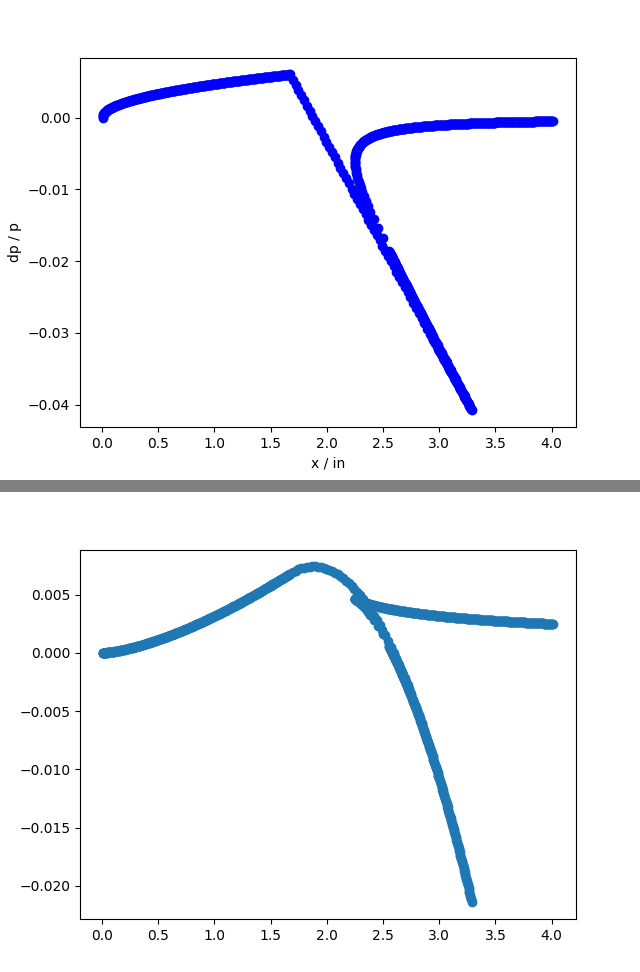
Repository: leiradom/Modified-linear-theory
Script's output: python 3_Shock_correction.py
The author's editor kept a copy of each file at every save. The script's output is drawn from the files as they stood at one save, then again after the next save.
Each picture stacks the figures in order, with grey between them; figures that are only written to a file come last. Random numbers start from a fixed seed.

Above is the script's output before, as saved 2021-04-06 19:02:14.

### 3_Shock_correction.py
'''
激波修正
本程序用于修正激波的非线性扭曲效应，修正方法为HB方法
'''

import math
import numpy as np
import matplotlib.pyplot as plt

pressure = np.loadtxt("pressuremodel2.txt",dtype=np.float64)   #存放未修正的压力信号
a = len(pressure)                                              #未加点时的点数

X = np.ones(a,dtype=np.float64)     #存放x的数组 用于加点用的横坐标数组
Y = np.ones(a,dtype=np.float64)     #存放y的数组 用于加点用的纵坐标数组
b0 = 50                             #每一个 较大的距离之间增加的点数
x0 = np.zeros(b0+1,dtype=np.float64)
y0 = np.zeros(b0+1,dtype=np.float64)

#先将未修正压力信号存入X,Y中
for i in range(0,a):
    c = pressure[i][0]
    d = pressure[i][1]
    #ca = cau[i][1]
    X[i] = c
    Y[i] = d
'''
#没问题
X0 = X
Y0 = Y
'''

#------------1先找出第一个强间断的地方,已经核实，l0没有问题
for i0 in range(0,a-1):
    if(math.sqrt((X[i0+1] - X[i0])**2 + (Y[i0+1] - Y[i0])**2) >1.2):   #1.3
    #if((X[i+1] - X[i]) * (Y[i+1] - Y[i])):
        #px = i0                            #记录此时的i
        #print(px,X[i0])
        l00 = math.sqrt((X[i0+1] - X[i0])**2 + (Y[i0+1] - Y[i0])**2)
        l0 = l00 / 20                     #判断是否要插值的距离 只要大于20倍的最大距离，就要增加点数
        #h0 = ((X[i0+1] - X[i0])/(b0))
        #k0 = ((Y[i0+1] - Y[i0])/(X[i0+1] - X[i0]))  #两点间的斜率
        '''
        #x0[0] = X[i0]
        #y0[0] = Y[i0]
        for j in range(1,b0):
            x0[j] = x0[j-1] + h0
            y0[j] = y0[j-1] + k0 * (x0[j] - x0[j-1])
            print(x0[j],y0[j])
        for k in range(1,b0):
            X = np.insert(X,i0+k,x0[k])
            Y = np.insert(Y,i0+k,y0[k])
        #print(Y[i0]+k0*h0)
        '''
        break
#------------print(l00) #检验是不是，验证了，就是

#print(l00)



#2---------------------给距离较大的地方都进行加点
for i in range(0,a-1):
    li = math.sqrt((X[i+1] - X[i])**2 + (Y[i+1] - Y[i])**2)
    k0 = ((Y[i+1] - Y[i])/(X[i+1] - X[i]))  #两点间的斜率
    #先找到距离较大的点
    if((li >= l0)):
        px = i                       #记录每一个距离较大的地方的i
        h0 = ((X[i+1] - X[i])/(b0))   #每一个都离散成b个点
        #print("px=",px)
        #print("h0=",h0)
        #print("k0=",k0) #第一个k值是对的，第二个k值不是对的
        x0[0] = X[i]
        y0[0] = Y[i]
        for j in range(1,b0):
            x0[j] = x0[j-1] + h0
            y0[j] = y0[j-1] + k0 * (x0[j] - x0[j-1])
        #将增加的点添加到数组内
        for k in range(1,b0):
            X = np.insert(X,i+k,x0[k])
            Y = np.insert(Y,i+k,y0[k])
        a = a + 49


#-------积分部分----------
F = np.ones(a, dtype=np.float64)
F[0] = 0
F[a-1] = 0
s = 0
for i in range(0,a-1):
    #if(X[i+1]>X[i]):
    s0 = 0.5 * (X[i+1] - X[i]) * (Y[i+1] + Y[i])
    #s0 = (((Y0[j+1] + Y0[j]) * (X[j + 1] - X[j])) / (2))    #第(j+1)个梯形的面积
    s = s0 + s    #S为最后的积分
    F[i+1] = s
    print(X[i],Y[i])
    #if(X[i+1]<X[i])
#------积分部分-----------



print("加点前点数：",len(pressure),"加点后点数：",len(X))
#plt.scatter(X0,Y0,c='r')
plt.xlabel("x / in")
plt.ylabel("dp / p")
plt.plot(X,Y,'-o',c='b')
plt.show()
#1.1将补充的点插入原有数组




#积分图像作图
plt.plot(X,F,'-o')
plt.show()

Loaded but not shown: pressuremodel1.txt (700 lines, source omitted); pressuremodel2.txt (699 lines, source omitted)

After the next save:
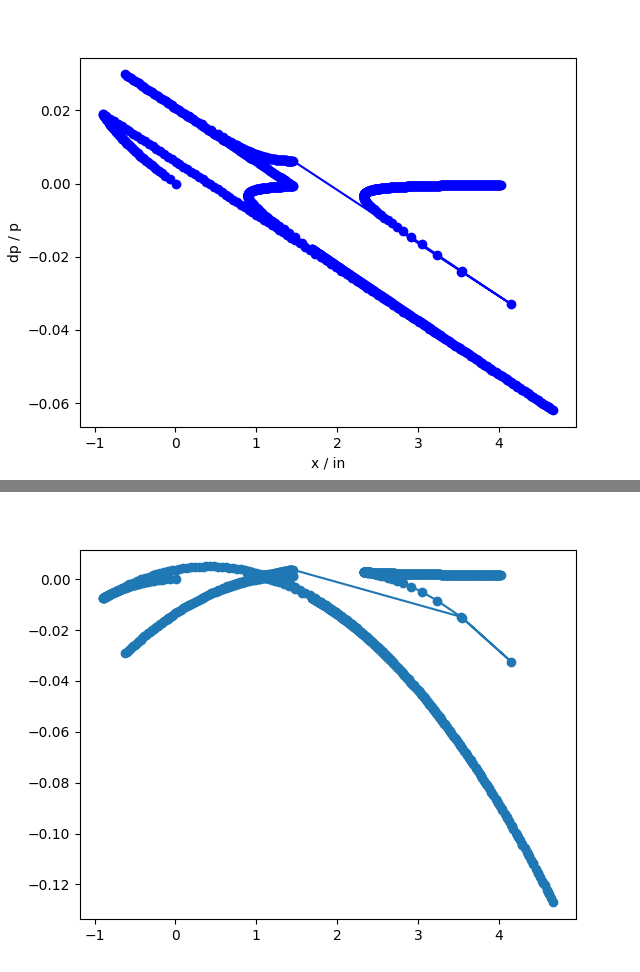
Saved 57 min 6 s later.
--- a/3_Shock_correction.py
+++ b/3_Shock_correction.py
@@ -7,7 +7,7 @@ import math
 import numpy as np
 import matplotlib.pyplot as plt
 
-pressure = np.loadtxt("pressuremodel2.txt",dtype=np.float64)   #存放未修正的压力信号
+pressure = np.loadtxt("pressuremodel1.txt",dtype=np.float64)   #存放未修正的压力信号
 a = len(pressure)                                              #未加点时的点数
 
 X = np.ones(a,dtype=np.float64)     #存放x的数组 用于加点用的横坐标数组
